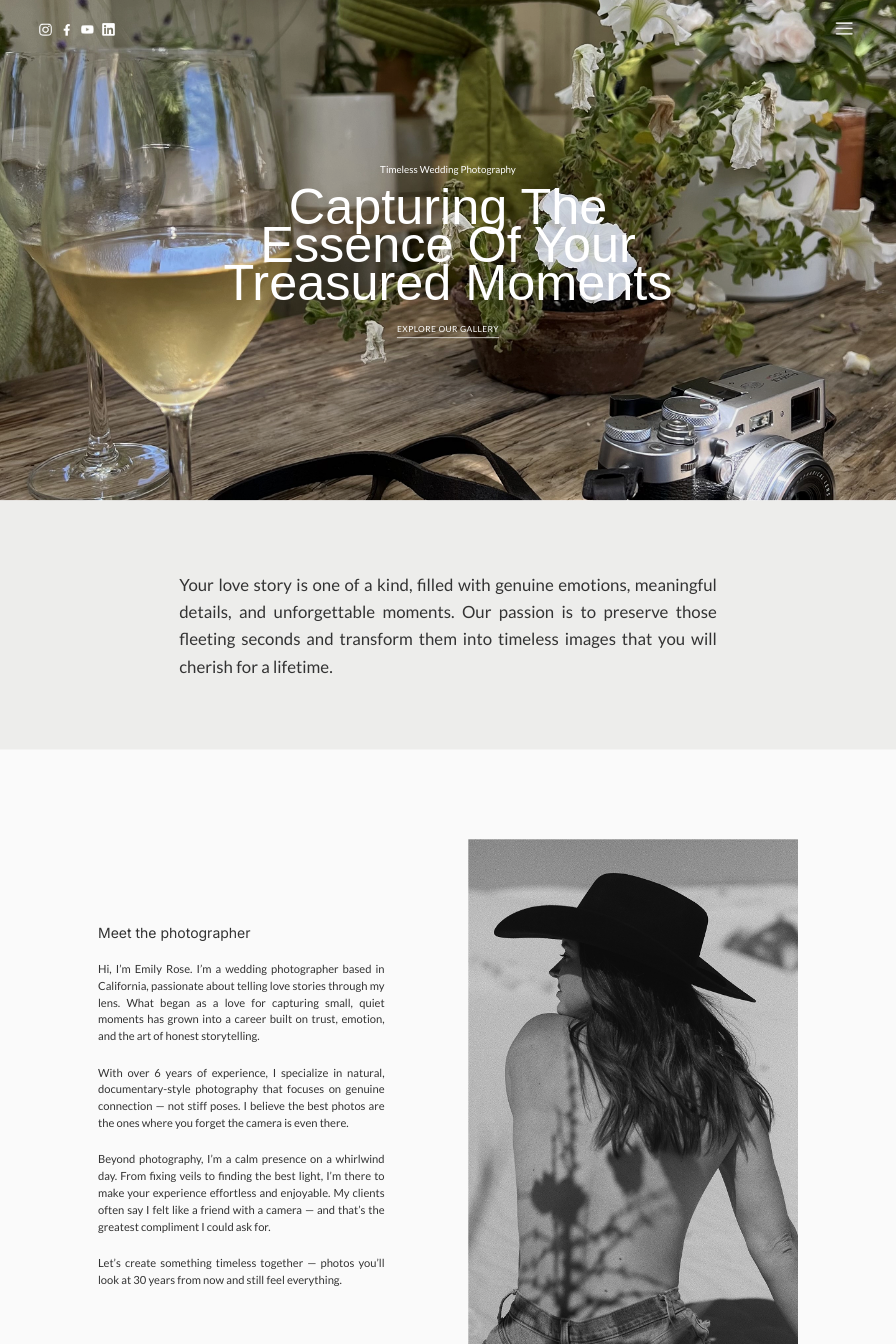
Repository: eduarda-magnago/wt-photography
Page: /
The author's editor kept a copy of each file at every save. The page is drawn from the files as they stood at one save, then again after the next save.
The browser window is 1280 px wide. The pictures show the part of the page from y = 0 to 1920 px (the page is 3842 px tall), at 70% of full size.
Some web fonts or font styles are not loaded; a fallback is used. The project was rebuilt for these pictures with package versions that can differ from the ones it lists, and the page was loaded fresh each time. The framework's server and built-in components were replaced by stand-ins that run in the browser. Also part of the build but not shown: next.config.ts.

Above is the page before, as saved 2026-10-15 13:15:43.

### app/layout.tsx
import type { Metadata } from "next";
import { Inter, Lato, Cormorant_SC } from "next/font/google";
import Header from "@/components/layout/header";
import Footer from "@/components/layout/footer";
import "./globals.css";

const inter = Inter({
  subsets: ["latin"],
  variable: "--font-inter",
});

const lato = Lato({
  subsets: ["latin"],
  weight: ["300", "400", "700"],
  variable: "--font-lato",
});

const cormorant = Cormorant_SC({
  subsets: ["latin"],
  weight: ["300", "400", "500"],
  variable: "--font-cormorant",
});

export const metadata: Metadata = {
  title: "WT Timeless Photography",
  description: "Timeless wedding photography",
};

export default function RootLayout({
  children,
}: {
  children: React.ReactNode;
}) {
  return (
    <html
      lang="en"
      className={`${inter.variable} ${lato.variable} ${cormorant.variable}`}
    >
      <body className="font-sans antialiased">
        <Header />
        <main>{children}</main>
        <Footer />
      </body>
    </html>
  );
}

### app/page.tsx
import Hero from "@/components/hero";
import Intro from "@/components/home/intro";
import About from "@/components/home/about";
import Details from "@/components/home/details";
import Testimonials from "@/components/home/testimonials";
import Reveal from "@/components/reveal";

export default function Home() {
  return (
    <>
      <Hero
        eyebrow="Timeless Wedding Photography"
        title="Capturing the essence of your treasured moments"
        image="/img/hero-bg.jpg"
      />
      <Reveal>
        <Intro />
      </Reveal>
      <Reveal>
        <About />
      </Reveal>
      <Reveal>
        <Details />
      </Reveal>
      <Reveal>
      <Testimonials />
      </Reveal>
    </>
  );
}

### components/layout/header.tsx
"use client";

import { useState } from "react";
import Image from "next/image";
import Link from "next/link";

const navLinks = [
  { label: "Home", href: "/" },
  { label: "About me", href: "/#about" },
  { label: "Gallery", href: "/#gallery" },
  { label: "Testimonials", href: "/#testimonials" },
  { label: "Contact Us", href: "/contact#contact-form" },
];

export default function Header() {
  const [open, setOpen] = useState(false);

  return (
    <header className="absolute inset-x-0 top-0 z-30">
      <div className="flex items-start justify-between px-6 py-8 md:px-14">
        <ul className="flex items-center gap-3">
          <li>
            <a
              href="#"
              aria-label="Instagram"
              className="relative block h-[19px] w-[18px] transition-opacity hover:opacity-70"
            >
              <Image
                src="/img/instagram.png"
                alt=""
                fill
                sizes="18px"
                className="object-contain"
              />
            </a>
          </li>
          <li>
            <a
              href="#"
              aria-label="Facebook"
              className="relative block h-[18px] w-[18px] transition-opacity hover:opacity-70"
            >
              <Image
                src="/img/facebook.png"
                alt=""
                fill
                sizes="18px"
                className="object-contain"
              />
            </a>
          </li>
          <li>
            <a
              href="#"
              aria-label="YouTube"
              className="relative block h-[18px] w-[18px] transition-opacity hover:opacity-70"
            >
              <Image
                src="/img/youtube.png"
                alt=""
                fill
                sizes="18px"
                className="object-contain"
              />
            </a>
          </li>
          <li>
            <a
              href="#"
              aria-label="LinkedIn"
              className="relative block h-[18px] w-[18px] transition-opacity hover:opacity-70"
            >
              <Image
                src="/img/linkedin.png"
                alt=""
                fill
                sizes="18px"
                className="object-contain"
              />
            </a>
          </li>
        </ul>

        <button
          type="button"
          onClick={() => setOpen(true)}
          aria-label="Open menu"
          className="relative block h-6 w-9 transition-opacity hover:opacity-70"
        >
          <Image
            src="/img/menu.png"
            alt=""
            fill
            sizes="36px"
            className="object-contain"
          />
        </button>
      </div>

      {open && (
        <div className="fixed inset-0 z-40 flex items-center justify-center bg-ink/95">
          <button
            type="button"
            onClick={() => setOpen(false)}
            aria-label="Close menu"
            className="absolute right-6 top-8 text-3xl text-white md:right-14"
          >
            ✕
          </button>
          <nav>
            <ul className="flex flex-col items-center gap-8">
              {navLinks.map((link) => (
                <li key={link.label}>
                  <Link
                    href={link.href}
                    onClick={() => setOpen(false)}
                    className="font-heading text-2xl text-white"
                  >
                    {link.label}
                  </Link>
                </li>
              ))}
            </ul>
          </nav>
        </div>
      )}
    </header>
  );
}

### components/layout/footer.tsx
import Image from "next/image";
import Link from "next/link";

const exploreLinks = [
  { label: "Home", href: "/" },
  { label: "About", href: "/#about" },
  { label: "Gallery", href: "/#gallery" },
  { label: "Testimonials", href: "/#testimonials" },
  { label: "Contact Us", href: "/contact#contact-form" },
];

const headingClass = "mb-6 text-xs uppercase tracking-widest";

export default function Footer() {
  return (
    <footer>
      <div className="bg-ink px-6 py-12 text-sm text-white md:px-25 md:py-14">
        <div className="mx-auto max-w-[1600px]">
          <div className="grid gap-12 md:grid-cols-[1fr_auto_auto] md:gap-24">
            <div>
              <Image
                src="/img/logo.png"
                alt="WT Timeless Photography"
                width={240}
                height={110}
              />
              <p className="mt-6 max-w-xs leading-relaxed md:mt-8">
                With a natural and artistic approach, we create photographs
                that reflect everything. Based in Melbourne, available wherever you&apos;d like to say yes.
              </p>
              <ul className="mt-6 flex items-center gap-3">
                <li>
                  <a
                    href="#"
                    aria-label="Instagram"
                    className="transition-opacity hover:opacity-70"
                  >
                    <Image src="/img/instagram.png" alt="" width={18} height={18} />
                  </a>
                </li>
                <li>
                  <a
                    href="#"
                    aria-label="Facebook"
                    className="relative block h-[18px] w-[18px] transition-opacity hover:opacity-70"
                  >
                    <Image
                      src="/img/facebook.png"
                      alt=""
                      fill
                      sizes="18px"
                      className="object-contain"
                    />
                  </a>
                </li>
                <li>
                  <a
                    href="#"
                    aria-label="YouTube"
                    className="transition-opacity hover:opacity-70"
                  >
                    <Image src="/img/youtube.png" alt="" width={18} height={18} />
                  </a>
                </li>
                <li>
                  <a
                    href="#"
                    aria-label="LinkedIn"
                    className="transition-opacity hover:opacity-70"
                  >
                    <Image src="/img/linkedin.png" alt="" width={18} height={18} />
                  </a>
                </li>
              </ul>
            </div>

            <div className="md:pt-6">
              <h3 className={headingClass}>Links</h3>
              <ul className="space-y-2">
                {exploreLinks.map((link) => (
                  <li key={link.label}>
                    <Link href={link.href}>{link.label}</Link>
                  </li>
                ))}
              </ul>
            </div>

            <div className="md:pt-6">
              <h3 className={headingClass}>Contact</h3>
              <address className="not-italic leading-relaxed">
                28 Banksia Street
                <br />
                Fitzroy VIC 3065
                <br />
                Australia
              </address>
              <div className="mt-6 flex flex-col gap-1 underline">
                <a href="tel:+61355500147">+61 3 5550 0147</a>
                <a href="tel:+61491570156">+61 491 570 156</a>
              </div>
              <a
                href="mailto:infowt@gmail.com"
                className="mt-6 block underline"
              >
                infowt@gmail.com
              </a>
            </div>
          </div>

          <div className="mt-14 flex flex-col gap-3 border-t border-white/30 pt-6 text-xs md:flex-row md:items-center md:justify-between">
            <Link href="/privacy-policy-terms" className="transition-opacity hover:opacity-70">
              Privacy Policy &amp; Terms
            </Link>
            <a href="#" className="transition-opacity hover:opacity-70">
              Back to top &uarr;
            </a>
          </div>
        </div>
      </div>

      <div className="bg-neutral-200 px-6 py-5 text-xs text-ink md:px-25">
        <div className="mx-auto flex max-w-[1600px] flex-col gap-2 md:flex-row md:justify-between">
          <p>
            Designed &amp; Developed by{" "}
            <a
              href="https://www.instagram.com/webstudio.em"
              target="_blank"
              rel="noopener noreferrer"
              className="underline"
            >
              EM Studio Web
            </a>
          </p>
          <p>© WT Timeless Wedding Photography 2026 - All rights reserved.</p>
        </div>
      </div>
    </footer>
  );
}

### app/globals.css
@import "tailwindcss";

@theme inline {
  --font-sans: var(--font-lato);
  --font-heading: var(--font-inter);
  --font-hero: var(--font-cormorant);

  --color-ink: #333333;
  --color-sand: #ededeb;
  --color-paper: #fafafa;
  --color-blush: #f4e6dc;
}

html {
  scroll-behavior: smooth;
}

body {
  background: var(--color-paper);
  color: var(--color-ink);
}

### components/hero.tsx
import Image from "next/image";
import Link from "next/link";

type HeroProps = {
  eyebrow: string;
  title: string;
  image: string;
  ctaLabel?: string;
  ctaHref?: string;
};

export default function Hero({
  eyebrow,
  title,
  image,
  ctaLabel = "Explore our gallery",
  ctaHref = "/#gallery",
}: HeroProps) {
  return (
    <section className="relative flex h-[70vh] min-h-[715px] items-center justify-center overflow-hidden">
      <Image
        src="/img/hero.png"
        alt=""
        fill
        priority
        sizes="100vw"
        className="object-cover"
      />
      <div className="absolute inset-0 bg-black/5" />
      <div className="relative z-10 flex max-w-3xl flex-col items-center px-6 text-center text-white">
        <p className="mb-4 text-sm">{eyebrow}</p>
        <h1 className="font-hero text-5xl capitalize leading-[0.75] md:text-7xl">
          {title}
        </h1>
        <Link
          href={ctaHref}
          className="mt-8 border-b border-white pb-1 text-xs uppercase tracking-wider"
        >
          {ctaLabel}
        </Link>
      </div>
    </section>
  );
}

### components/home/intro.tsx
export default function Intro() {
  return (
    <section className="bg-sand px-6 py-22 md:py-25">
      <p className="mx-auto max-w-3xl text-justify text-xl leading-relaxed md:text-2xl">
        Your love story is one of a kind, filled with genuine emotions,
        meaningful details, and unforgettable moments. Our passion is to
        preserve those fleeting seconds and transform them into timeless images
        that you will cherish for a lifetime.
      </p>
    </section>
  );
}

### components/home/about.tsx
import Image from "next/image";

export default function About() {
  return (
    <section id="about" className="bg-paper px-6 py-24 md:px-14 md:py-32">
      <div className="mx-auto grid max-w-[1000px] items-center gap-12 md:grid-cols-[435fr_500fr] md:gap-x-12 xl:gap-x-[120px]">
        <div>
          <h2 className="font-heading text-[20px]">Meet the photographer</h2>

          <div className="mt-6 space-y-7 text-justify text-base leading-6">
            <p>
              Hi, I’m Emily Rose. I’m a wedding photographer based in
              California, passionate about telling love stories through my
              lens. What began as a love for capturing small, quiet moments has
              grown into a career built on trust, emotion, and the art of
              honest storytelling.
            </p>
            <p>
              With over 6 years of experience, I specialize in natural,
              documentary-style photography that focuses on genuine connection
              — not stiff poses. I believe the best photos are the ones where
              you forget the camera is even there.
            </p>
            <p>
              Beyond photography, I’m a calm presence on a whirlwind day. From
              fixing veils to finding the best light, I’m there to make your
              experience effortless and enjoyable. My clients often say I felt
              like a friend with a camera — and that’s the greatest compliment
              I could ask for.
            </p>
            <p>
              Let’s create something timeless together — photos you’ll look at
              30 years from now and still feel everything.
            </p>
          </div>
        </div>

        <div className="relative aspect-[619/855] w-full md:aspect-[619/1000]">
          <Image
            src="/img/about.png"
            alt="Wedding photographer picture"
            fill
            sizes="(min-width: 1280px) 500px, (min-width: 768px) 50vw, 100vw"
            className="object-cover"
          />
        </div>
      </div>
    </section>
  );
}

### components/home/details.tsx
import Image from "next/image";
import Link from "next/link";

const photos = [
  { src: "/img/detail1.png", alt: "Bouquet resting on a golden ornament" },
  { src: "/img/detail2.png", alt: "Couple dancing by a large window" },
  { src: "/img/detail3.png", alt: "Bridesmaids laughing together" },
];

export default function Details() {
  return (
    <section id="gallery" className="bg-paper px-6 pb-24 md:px-14 md:pb-32">
      <div className="mx-auto max-w-[1000px]">
        <div className="flex items-baseline justify-between">
          <h2 className="font-heading text-[20px]">
            Always thinking of every detail
          </h2>
          <Link href="/#gallery" className="font-heading text-sm font-semibold">
            View full gallery &gt;
          </Link>
        </div>

        <div className="mt-10 space-y-6 text-sm leading-relaxed">
          <p>
            From the quiet tear before the ceremony to the golden light hitting
            your bouquet just right — I believe the beauty is in the details. I
            don’t just take pictures; I observe, anticipate, and capture the
            moments you didn’t even realize were happening.
          </p>
          <p>
            Whether it’s making sure your dress is perfectly fluffed, guiding
            you into the best lighting, or noticing when your grandma reaches
            for your hand — my job goes far beyond the shutter. I’m there to
            preserve every fleeting detail that makes your day uniquely yours.
            Because when it’s all over, it’s the little things that stay with
            you the longest.
          </p>
        </div>

        <div className="mt-16 grid gap-6 md:grid-cols-3">
          {photos.map((photo) => (
            <div key={photo.src} className="relative aspect-[3/4]">
              <Image
                src={photo.src}
                alt={photo.alt}
                fill
                sizes="(min-width: 768px) 33vw, 100vw"
                className="object-cover"
              />
            </div>
          ))}
        </div>
      </div>
    </section>
  );
}

### components/home/testimonials.tsx
"use client";

import { useState } from "react";
import Image from "next/image";

const testimonials = [
  {
    name: "Anna C.",
    image: "/img/testimonial.png",
    quote:
      "I had a very amazing contracting WP for my wedding. They are super kind team and I always felt I could trust 100% in their work. When I received the pictures I was more surprised than I imagined, really good quality! No regrets.",
  },
];

export default function Testimonials() {
  const [index, setIndex] = useState(0);
  const current = testimonials[index];

  function next() {
    setIndex((prev) => (prev + 1) % testimonials.length);
  }

  return (
    <section id="testimonials" className="bg-sand px-6 py-20 md:px-14">
      <div className="mx-auto grid max-w-5xl items-center gap-10 md:grid-cols-[auto_1fr] md:gap-16">
        <div className="relative h-48 w-48 overflow-hidden rounded-full md:h-56 md:w-56">
          <Image
            src={current.image}
            alt={current.name}
            fill
            sizes="224px"
            className="object-cover"
          />
        </div>

        <div>
          <h3 className="font-heading text-xl">{current.name}</h3>
          <blockquote className="mt-4 text-justify text-lg leading-relaxed">
            “{current.quote}”
          </blockquote>
          <button
            type="button"
            onClick={next}
            className="font-heading mt-8 ml-auto block text-sm font-semibold"
          >
            {index + 1}/{testimonials.length} &gt;
          </button>
        </div>
      </div>
    </section>
  );
}

### components/reveal.tsx
"use client";

import { useEffect, useRef, useState, type ReactNode } from "react";

type RevealProps = {
  children: ReactNode;
  className?: string;
  delay?: number;
};

export default function Reveal({
  children,
  className = "",
  delay = 0,
}: RevealProps) {
  const ref = useRef<HTMLDivElement>(null);
  const [visible, setVisible] = useState(false);

  useEffect(() => {
    const el = ref.current;
    if (!el) return;

    const observer = new IntersectionObserver(
      ([entry]) => {
        setVisible(entry.isIntersecting);
      },
      { threshold: 0.15, rootMargin: "0px 0px -5% 0px" }
    );

    observer.observe(el);
    return () => observer.disconnect();
  }, []);

  return (
    <div
      ref={ref}
      style={{ transitionDelay: `${delay}ms` }}
      className={`transition-all duration-700 ease-out motion-reduce:transition-none ${
        visible ? "translate-y-0 opacity-100" : "translate-y-8 opacity-0"
      } ${className}`}
    >
      {children}
    </div>
  );
}

After the next save:
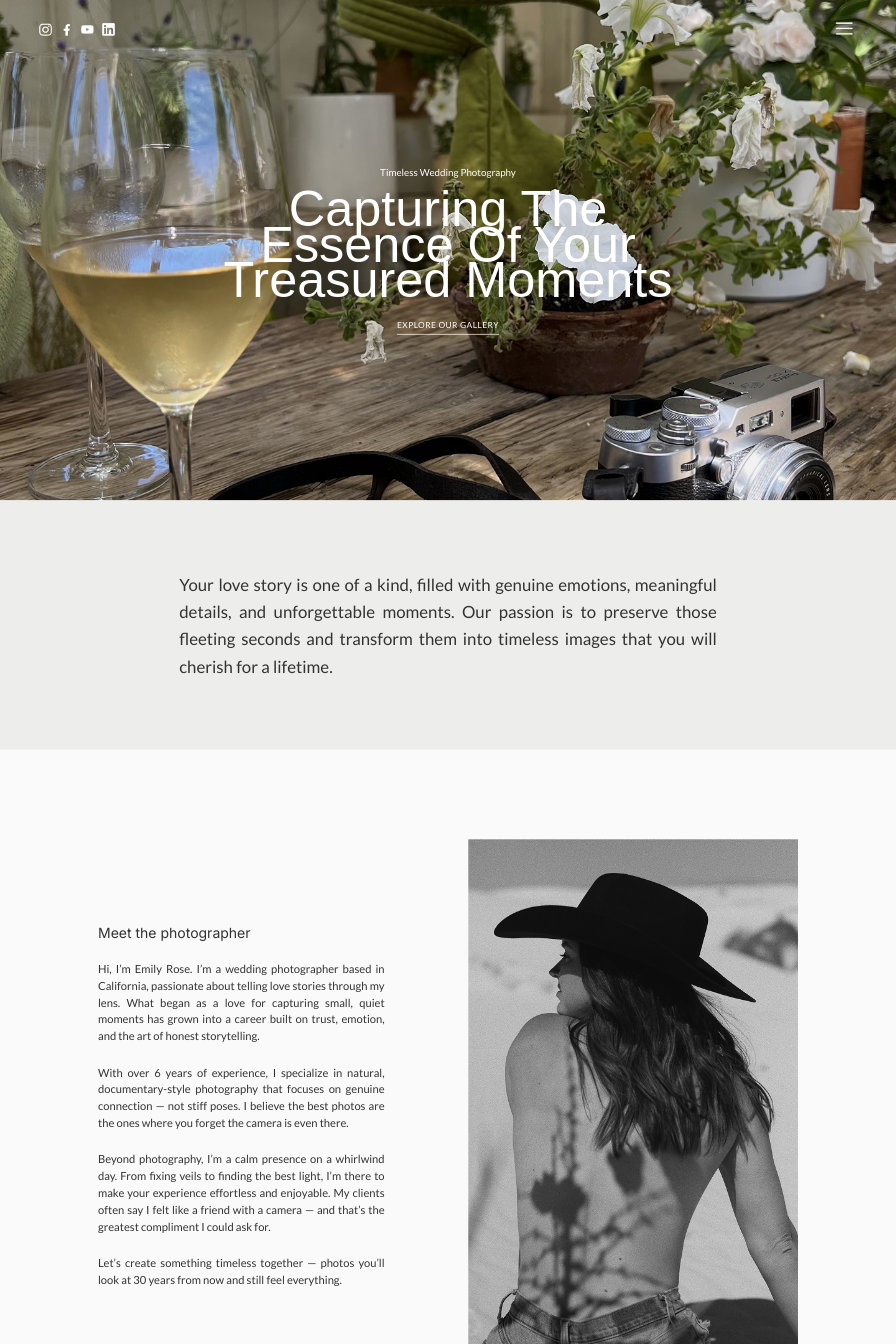
Saved 81 s later.
--- a/components/hero.tsx
+++ b/components/hero.tsx
@@ -29,7 +29,7 @@ export default function Hero({
       <div className="absolute inset-0 bg-black/5" />
       <div className="relative z-10 flex max-w-3xl flex-col items-center px-6 text-center text-white">
         <p className="mb-4 text-sm">{eyebrow}</p>
-        <h1 className="font-hero text-5xl capitalize leading-[0.75] md:text-7xl">
+        <h1 className="font-hero text-5xl capitalize leading-[0.7] md:text-7xl">
           {title}
         </h1>
         <Link
